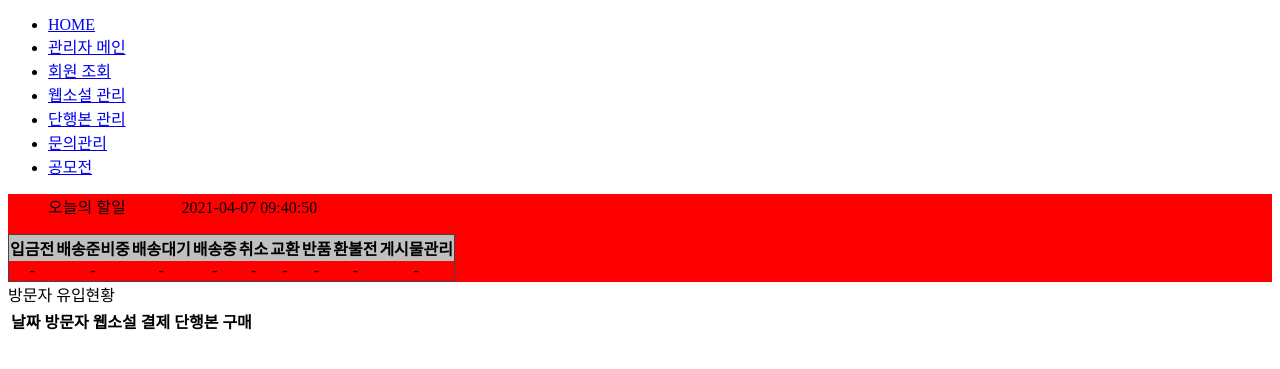
Repository: hoony0203/firstbook
Page: http://localhost/first_book/admin/main
The author's editor kept a copy of each file at every save. The page is drawn from the files as they stood at one save, then again after the next save.
The browser window is 1280 px wide. The pictures show the whole page.
The page is served by Tomcat 9.

Above is the page before, as saved 2021-04-10 08:20:44.

After the next save:
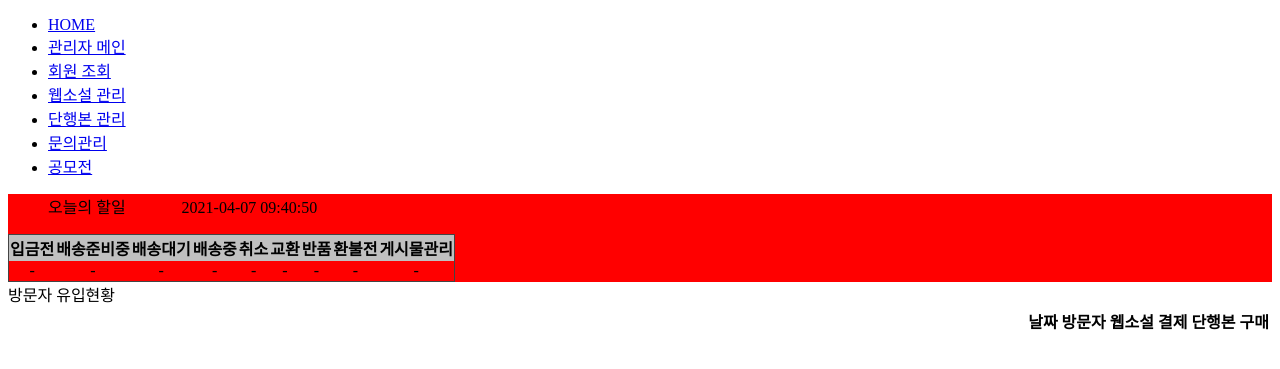
Saved 20 s later.
--- a/first_book/web/WEB-INF/views/admin/adminMain.jsp
+++ b/first_book/web/WEB-INF/views/admin/adminMain.jsp
@@ -12,8 +12,9 @@
 <style>
 	figure { text-align: left;}
 	#a1 { background-color: red; }
-	#a1 table{ text-align : center; border: 1px solid #444444; border-collapse: collapse; border-spacing: 0; border-spacing: 30px;}
+	#a1 table { text-align : center; border: 1px solid #444444; border-collapse: collapse; border-spacing: 0; border-spacing: 30px;}
 	#a1 table>thead { background-color: silver; }
+	#a3 table { float: right;}
 
 </style>
 
